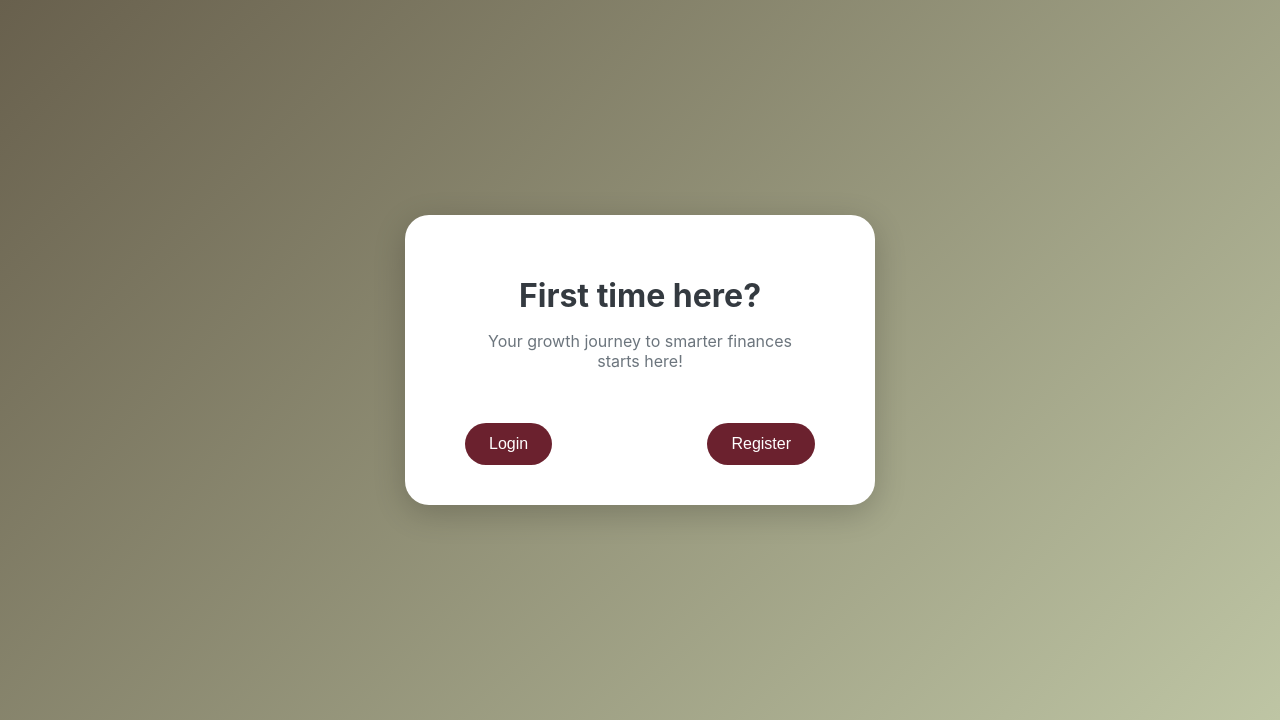
Repository: aab232/https---github.com-aab232-Deferred-Payment-Platform
Page: / (app in frontend/)
These files come from the project's save history. The page is drawn as it stood at one moment and after the next save; the edit follows.
The browser window is 1280 px wide. The pictures show the whole page.
The project was rebuilt for these pictures with package versions that can differ from the ones it lists, and the page was loaded fresh each time. Also part of the build but not shown: frontend/src/components/Register.js, frontend/src/components/Login.js, frontend/src/components/Main.js.

Above is the page before, as saved 2025-03-19 13:36:24.

After the next save:
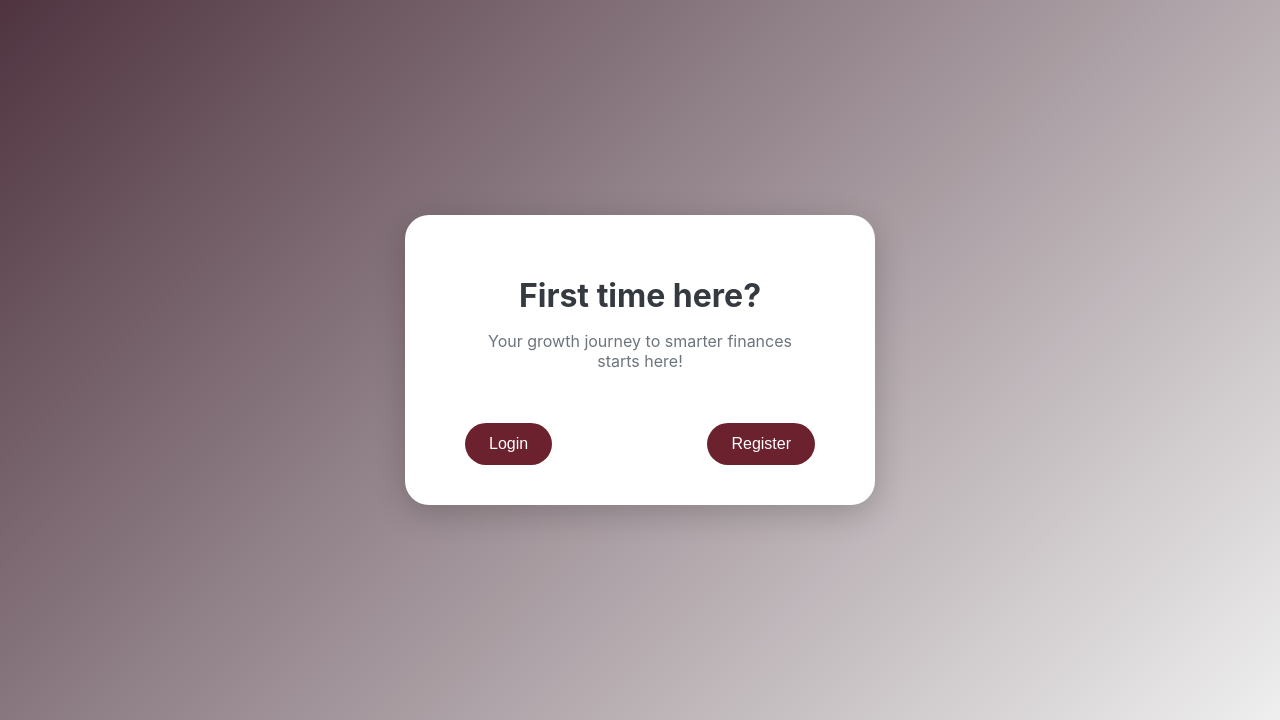
Saved 59 s later.
--- a/frontend/src/components/Form.css
+++ b/frontend/src/components/Form.css
@@ -3,7 +3,7 @@
     justify-content: center;
     align-items: center;
     height: 100vh;
-    background: linear-gradient(135deg, #68604D, #BEC5A4);
+    background: linear-gradient(135deg, #4f3440, #efefef);
   }
 
   .form-card {
